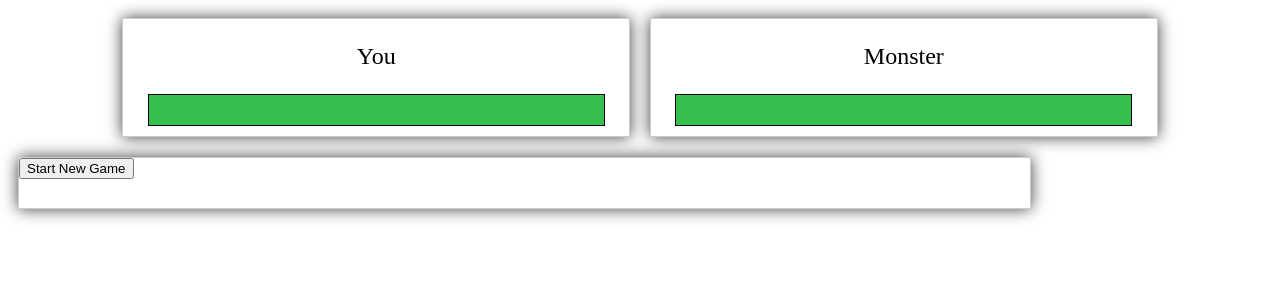
Repository: jakublack/game-fight-vue
Page: /
These files come from the project's save history. The page is drawn as it stood at one moment and after the next save; the edit follows.
The browser window is 1280 px wide. The pictures show the whole page.
The project was rebuilt for these pictures with package versions that can differ from the ones it lists, and the page was loaded fresh each time.

Above is the page before, as saved 2018-08-08 20:49:37.

After the next save:
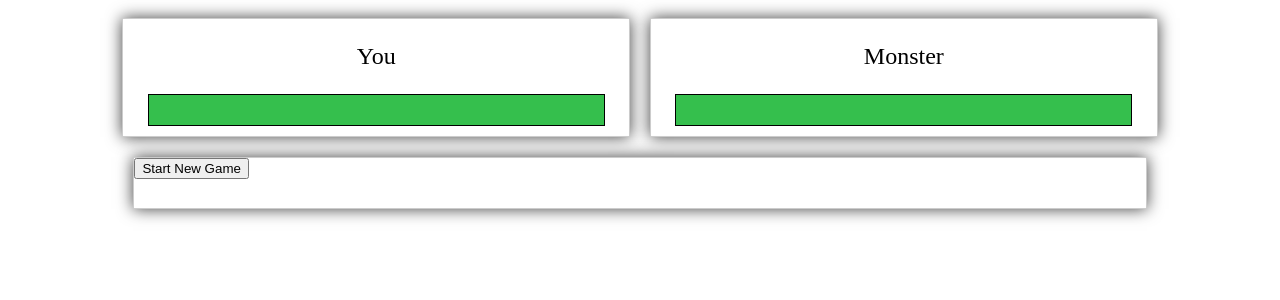
Saved 9 s later.
--- a/src/components/Game.vue
+++ b/src/components/Game.vue
@@ -56,7 +56,8 @@ export default {
 .wrapper-action {
   width: 80%;
   height: 50px;
-  margin: 10px;
+
+  margin: 10px auto;
   border: 1px solid #ccc;
   box-shadow: 0px 0px 15px 0px rgba(0,0,0,0.75);
 
